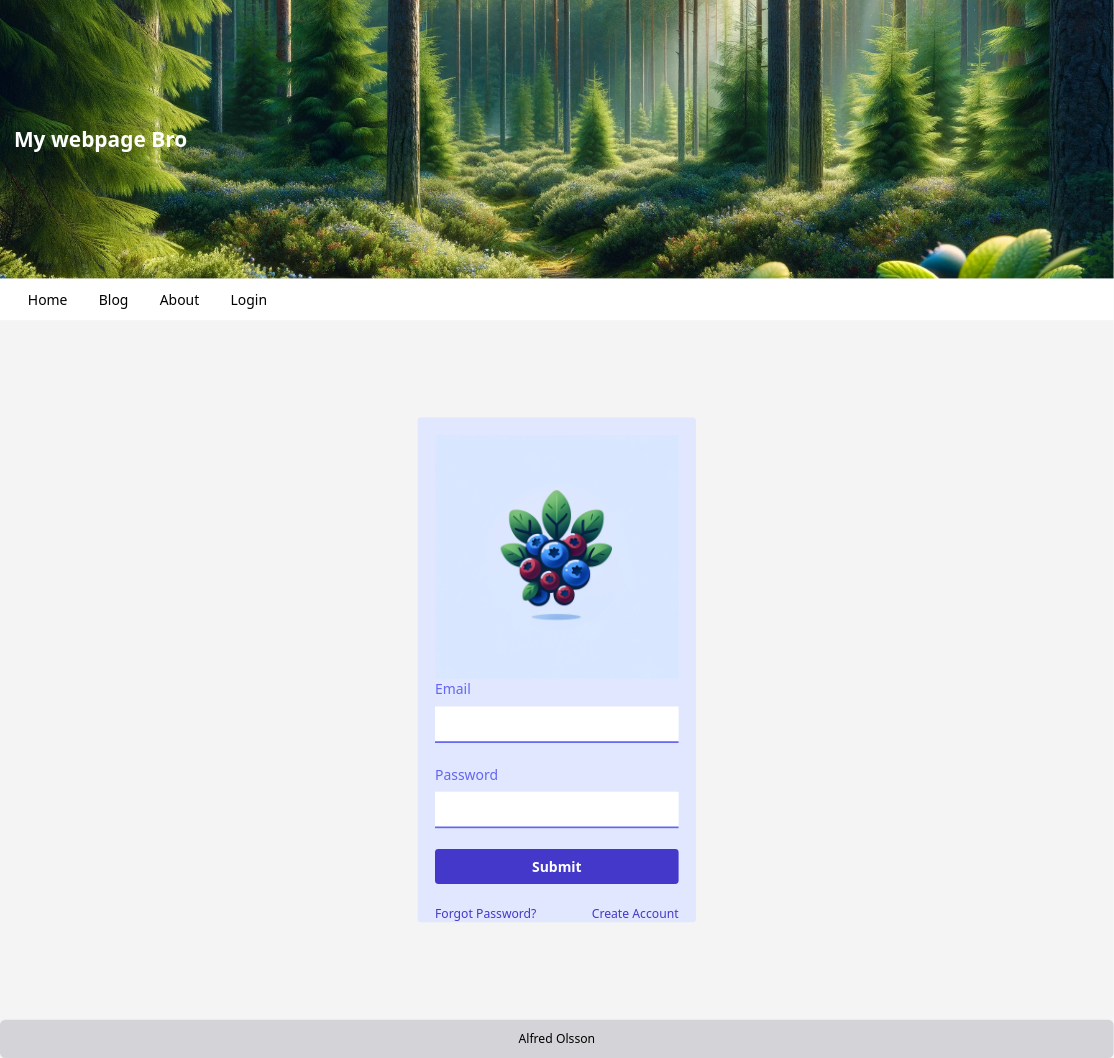
Repository: AlligatorAffe/reactWebsite
Page: /pages/login
These files come from the project's save history. The page is drawn as it stood at one moment and after the next save; the edit follows.
The browser window is 1280 px wide. The pictures show the whole page, at 87% of full size.
The project was rebuilt for these pictures with package versions that can differ from the ones it lists, and the page was loaded fresh each time. Also part of the build but not shown: vite.config.ts, src/Pages/blog.tsx, src/Pages/about.tsx, src/Components/Animation.tsx, src/Pages/noPage.tsx, src/Pages/Home.tsx.

Above is the page before, as saved 2024-02-05 22:43:31.

After the next save:
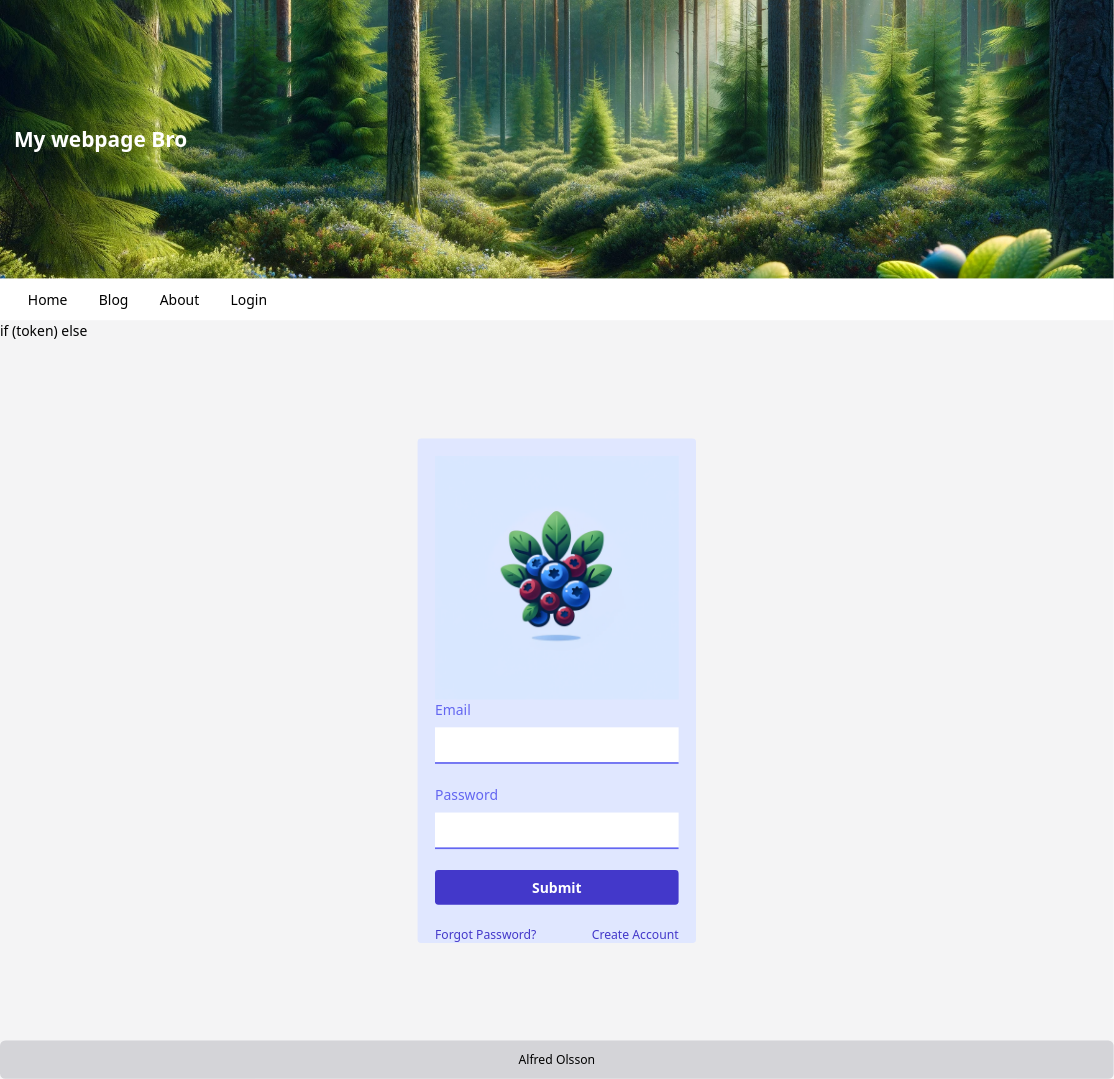
Saved 40 s later.
--- a/src/Pages/login.tsx
+++ b/src/Pages/login.tsx
@@ -67,6 +67,11 @@
 
   return (
     <div>
+      if (token) {
+  // Visa komponenten för inloggade användare
+} else {
+  // Visa komponenten för utloggade användare
+}
       {loggedIn ? (
         <p>Du lyckades logga in</p>
       ) : (

After the save that followed:
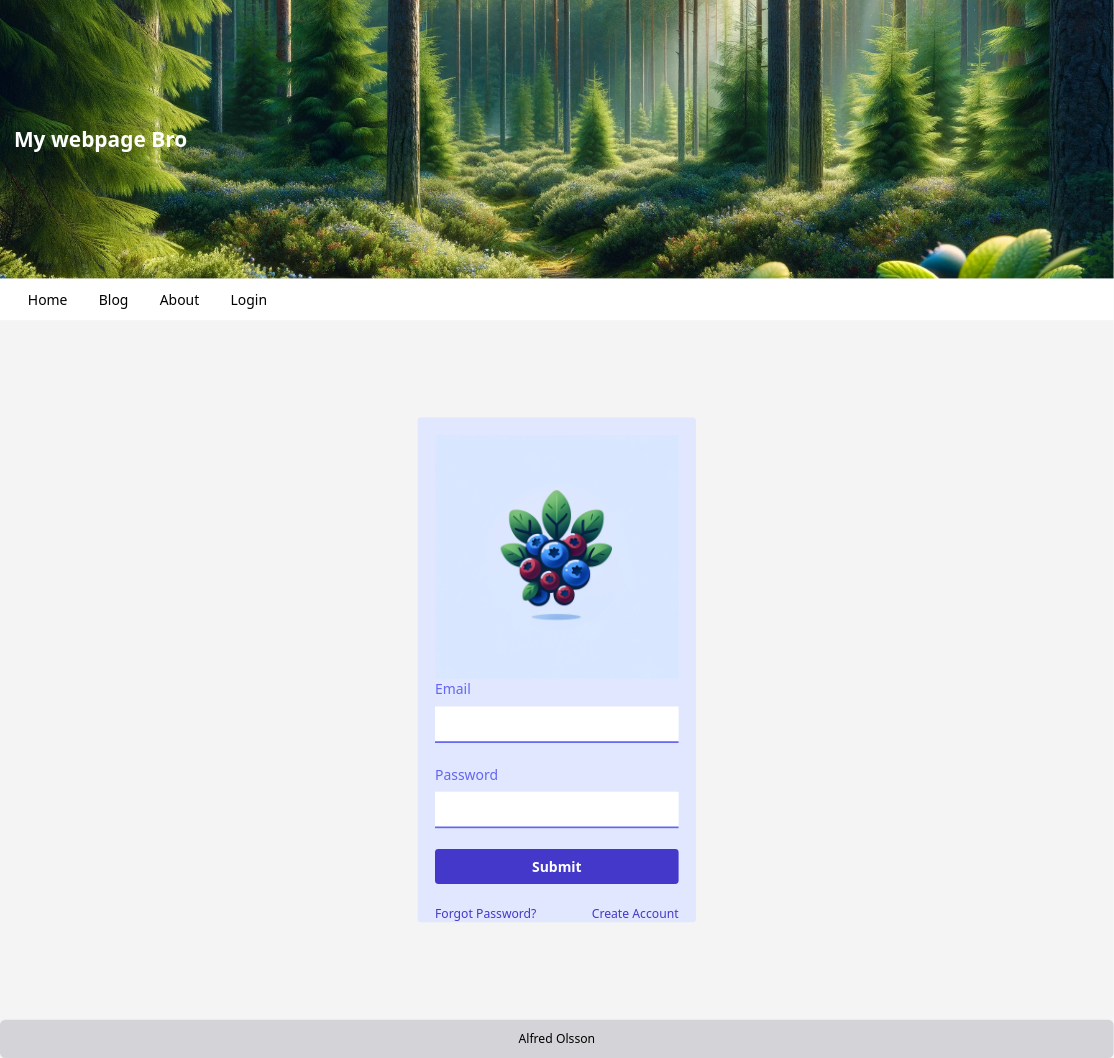
Saved 33 s later.
--- a/src/Pages/login.tsx
+++ b/src/Pages/login.tsx
@@ -67,11 +67,7 @@
 
   return (
     <div>
-      if (token) {
-  // Visa komponenten för inloggade användare
-} else {
-  // Visa komponenten för utloggade användare
-}
+
       {loggedIn ? (
         <p>Du lyckades logga in</p>
       ) : (
